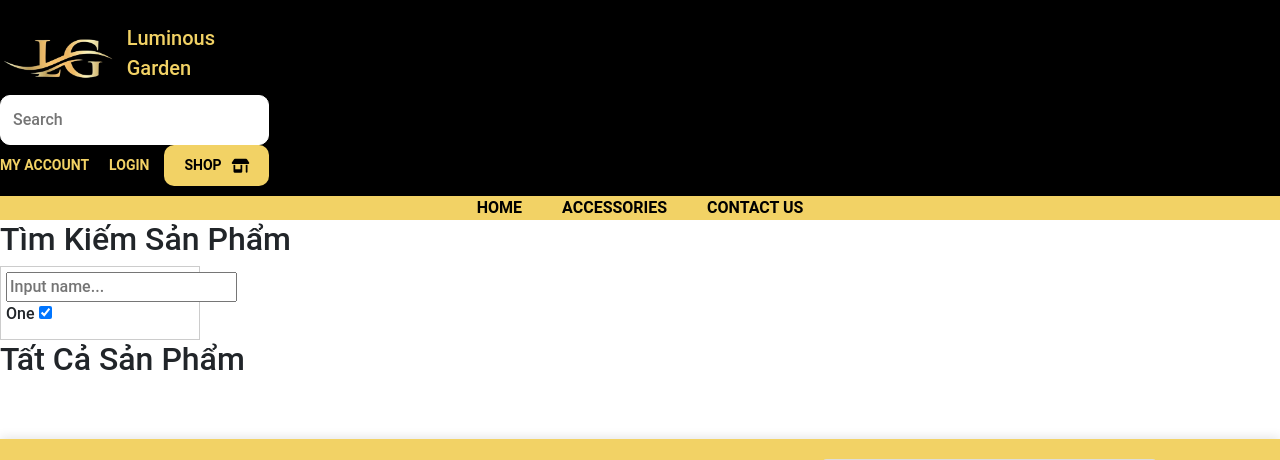
Repository: Nghia251506/eproject
Page: http://localhost/eproject/product/search
The author's editor kept a copy of each file at every save. The page is drawn from the files as they stood at one save, then again after the next save.
The browser window is 1280 px wide. The pictures show the part of the page from y = 0 to 460 px (the page is 835 px tall before and 720 px after).
Pictures or frames that could not be fetched are drawn as grey boxes. Some web fonts or font styles are not loaded; a fallback is used. Some web libraries are served in a nearby version. The page is run by PHP 8.4 with error messages shown; the project is at /var/www/html/. Queries for data that is not in the repository find no rows.

Above is the page before, as saved 2024-10-12 19:02:11.
Console error: TypeError: Cannot read properties of null (reading 'querySelectorAll')

After the next save:
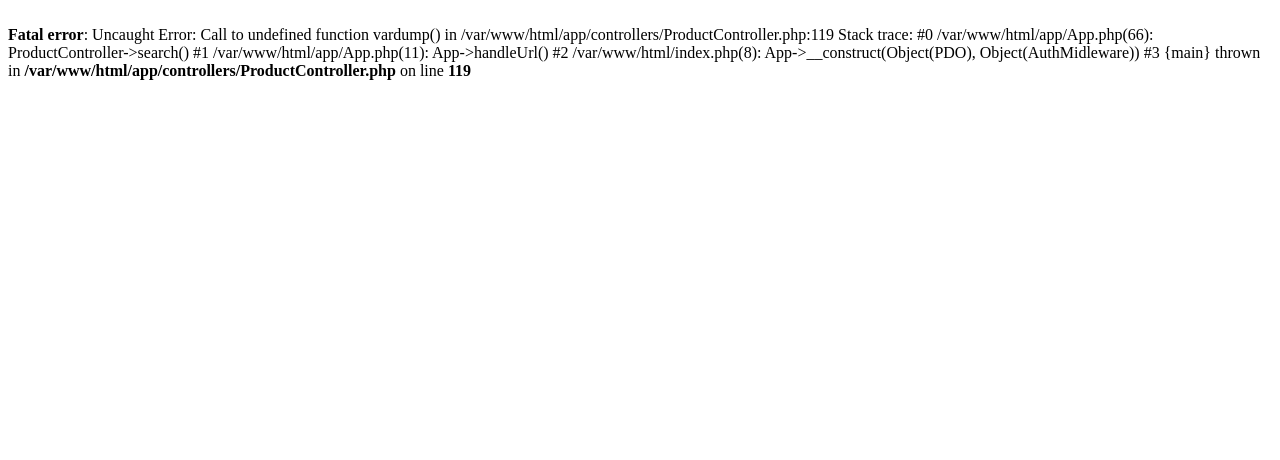
The error is gone.
Saved 6 s later.
--- a/app/controllers/ProductController.php
+++ b/app/controllers/ProductController.php
@@ -116,7 +116,7 @@
         $limit = 10;
         $offset = ($page - 1) * $limit;
 
-
+        vardump($name);
 
         $products = $this->__productModel->searchProduct($name, $limit, $offset);
         // var_dump($products);
